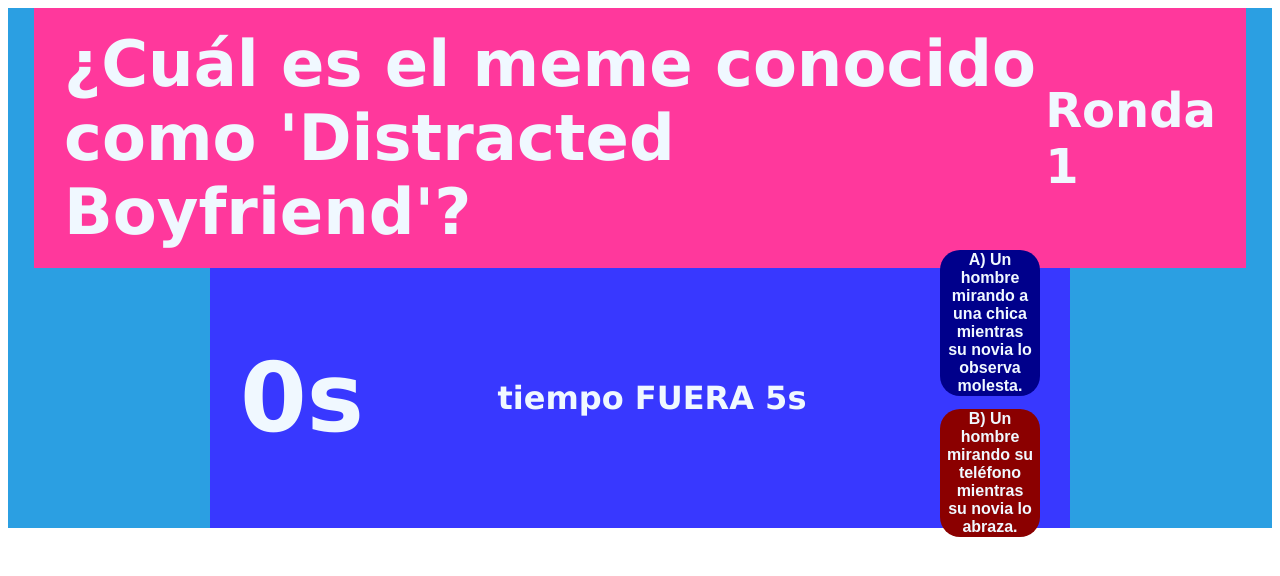
Repository: eschala/Proyecto_Clonaci-n_Kahoot_2023-2
Page: Borrador_Samir_Kahoot_NEW/Prueaba_Validar.html
The author's editor kept a copy of each file at every save. The page is drawn from the files as they stood at one save, then again after the next save.
The browser window is 1280 px wide. The pictures show the whole page.

Above is the page before, as saved 2023-11-29 15:19:44.

### Borrador_Samir_Kahoot_NEW/Prueaba_Validar.html
<!DOCTYPE html>
<html lang="en">

<head>
    <meta charset="UTF-8">
    <meta name="viewport" content="width=device-width, initial-scale=1.0">
    <title>Document</title>
    <style>

    </style>
    <link rel="stylesheet" href="stylePrueba.css">

</head>

<body>
    <div class="container">

        <div class="sectionContainer">

            <h1 class="tituloClass">
                pregunta
            </h1>
            <h2 class="aviso">
                ()
            </h2>

            <div class="section_Buttons">
                <div class="btn_content"><button type="button" class="btn_1 botones">opcion A</button></div>
                <div class="btn_content"><button type="button" class="btn_2 botones">opcion B</button></div>



        </div>
            </div>
            <div class="sectionContainer_2">

                <h1 class="Pregunta_S">insertar pregunta</h1>
                <h1 class="aviso_S">aviso</h1>
            </div>

    </div>

    <script src="respuesta_VALIDAR.js"></script>
</body>

</html>

### Borrador_Samir_Kahoot_NEW/stylePrueba.css
.container {
    font-family: Verdana, Geneva, Tahoma, sans-serif;

    width: 100%;
    height: 100%;
    background-color: rgb(43, 159, 226);

    display: flex;
    flex-direction: column;

    align-items: center;
    justify-content: center;

}

.sectionContainer {

    height: 200px;
    width: 800px;

    background-color: rgb(56, 56, 255);

    display: flex;
    justify-content: space-between;
    align-items: center;
    color: aliceblue;

    font-size: 3rem;
    padding: 30px;

    order: 1;
}
.sectionContainer_2 {

    height: 200px;
    width: 90vw;

    background-color: rgb(255, 56, 156);

    display: flex;
    justify-content: space-between;
    align-items: center;
    color: aliceblue;

    font-size: 3rem;
    padding: 30px;

    order: 0;
}

.sub_Container_2 {

    height: 200px;
    width: 800px;

    background-color: red;

    display: flex;

}

.btn_content {
    height: 150px;
    width: 100px;
    display: flex;

    align-items: center;
    justify-content: center;

    cursor: pointer;
}

.btn_1 {


    background-color:darkblue;
}

.btn_2 {


    background-color:darkred;
}

.botones:hover{

    opacity: 50%;
    cursor: pointer;
}

.botones{

    font-weight: 700;


    color:aliceblue;
    font-size: 1rem;
    cursor: pointer;

    border-radius: 20px;
    border: 0px;
}

.aviso_S{
    font-family: Verdana, Geneva, Tahoma, sans-serif;
    font-size: 3rem;
}
.Pregunta_S{
    font-size: 4rem;
}

### Borrador_Samir_Kahoot_NEW/respuesta_VALIDAR.js
const container_E=document.querySelector(".container");
const sectionContainer_E=document.querySelector(".sectionContainer");
const sub_Container_2_E=document.querySelector(".sub_Container_2");
const btn_1_E=document.querySelector(".btn_1");
const btn_2_E=document.querySelector(".btn_2");
const h2_E=document.querySelector(".aviso");
const tituloClass_E=document.querySelector(".tituloClass");

/* const container_element=".container";
const sectionContainer_element=".sectionContainer";
const sub_Container_2_element=".sub_Container_2";
const btn_1_element=".btn_1";
const btn_2_element=".btn_2";
const h2_element=".aviso";
const tituloClass_element=".tituloClass";

container_element=document.querySelector(container_element);
sectionContainer_element=document.querySelector(sectionContainer_element);
sub_Container_2_element=document.querySelector(sub_Container_2_element);
btn_1_element=document.querySelector(btn_1_element);
btn_2_element=document.querySelector(btn_2_element);
h2_element=document.querySelector(h2_element);
tituloClass_element=document.querySelector(tituloClass_element);
 */
   var contar_S=0;
   var contar_R=0;
   var vacio=0;
var segundos =5;

var contar_2=0;
const intervalo=1000;

const pregunta_E=document.querySelector(".Pregunta_S");
const aviso_E=document.querySelector(".aviso_S");

h2_E.style.display="block";
h2_E.style.fontSize="2rem";

var funcionPrueba=()=>{



    segundos--;


    tituloClass_E.innerHTML=segundos+ "s";


    if(segundos==contar_R){

    contar_S++;
    vacio=contar_S-1;

        clearInterval(timeRunning);
        segundos=5;
        activateTimeOUT();
        contar_2++;
        h2_E.innerHTML="tiempo FUERA 5s";aviso_E.innerHTML="Ronda "+contar_S;

        if(contar_S==3){

            contar_S=0;
        }
    }
    else{
        h2_E.innerHTML="";

    }



    pregunta_E.innerHTML=preguntas_String[vacio]

    btn_1_E.innerHTML=respuesta_Correcta_String[vacio]
    btn_2_E.innerHTML=respuesta_String[vacio]


}





/* const timeOuter = function (){

}  */

const activateTime=()=>{
timeRunning = setInterval(funcionPrueba,intervalo);
}
const activateTimeOUT=()=>{
tiempoFuera = setTimeout(activateTime,intervalo*segundos);
}
activateTime();







const preguntas_String = [
    "¿Cuál es el meme conocido como 'Distracted Boyfriend'?",
    "¿Qué animal es el protagonista del meme 'Surprised Pikachu'?",
    "¿Quién es el protagonista del meme 'Hide the Pain Harold'?"
  ];

  const respuesta_String = [
    [ "B) Un hombre mirando su teléfono mientras su novia lo abraza."],
    ["A) Un gato."],
    [ "B) Un actor famoso."]
  ];

  const respuesta_Correcta_String = [
    "A) Un hombre mirando a una chica mientras su novia lo observa molesta.",
    "B) Un Pokémon.",
    "A) Un modelo de stock photography."];

After the next save:
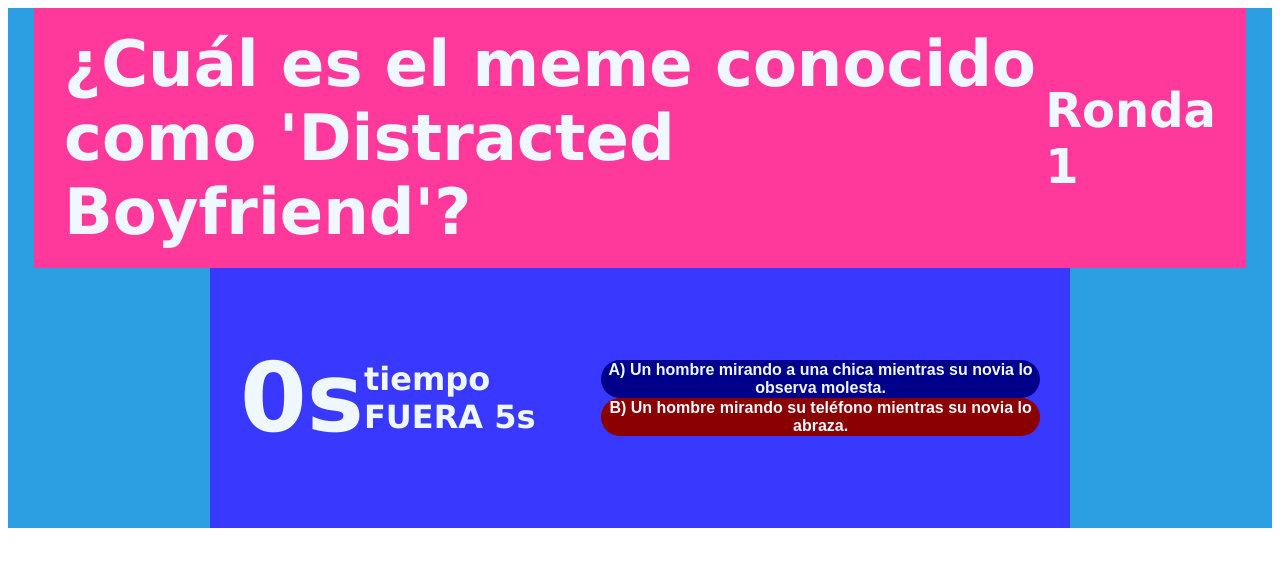
Saved 33 s later.
--- a/Borrador_Samir_Kahoot_NEW/stylePrueba.css
+++ b/Borrador_Samir_Kahoot_NEW/stylePrueba.css
@@ -60,8 +60,7 @@
 }
 
 .btn_content {
-    height: 150px;
-    width: 100px;
+
     display: flex;
 
     align-items: center;
